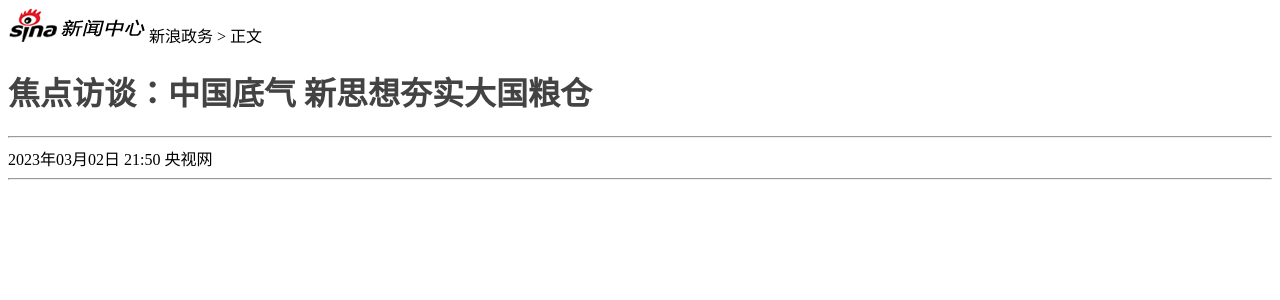
Repository: normalSp/HTMLLearn
Page: 02. 新浪新闻-标题-样式.html
The author's editor kept a copy of each file at every save. The page is drawn from the files as they stood at one save, then again after the next save.
The browser window is 1280 px wide. The pictures show the whole page.

Above is the page before, as saved 2024-04-12 14:02:26.

After the next save:
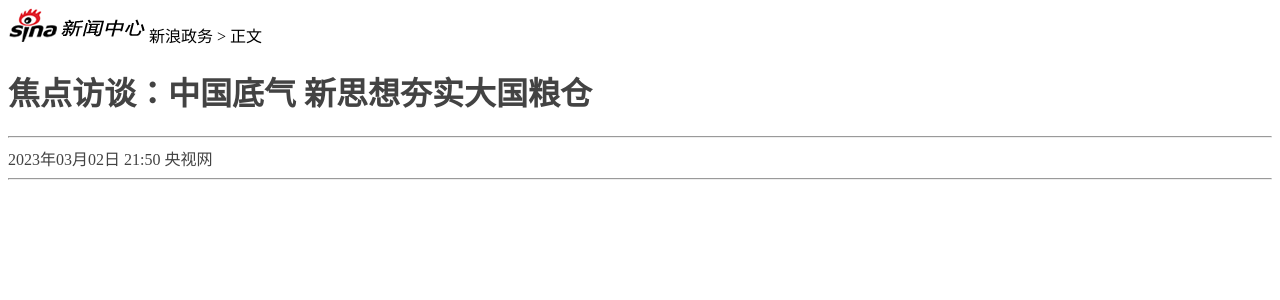
Saved 49 s later.
--- a/css/new.css
+++ b/css/new.css
@@ -1,3 +1,6 @@
 h1{
     color: #434343;
 }
+span{
+    color: #434343;
+}
